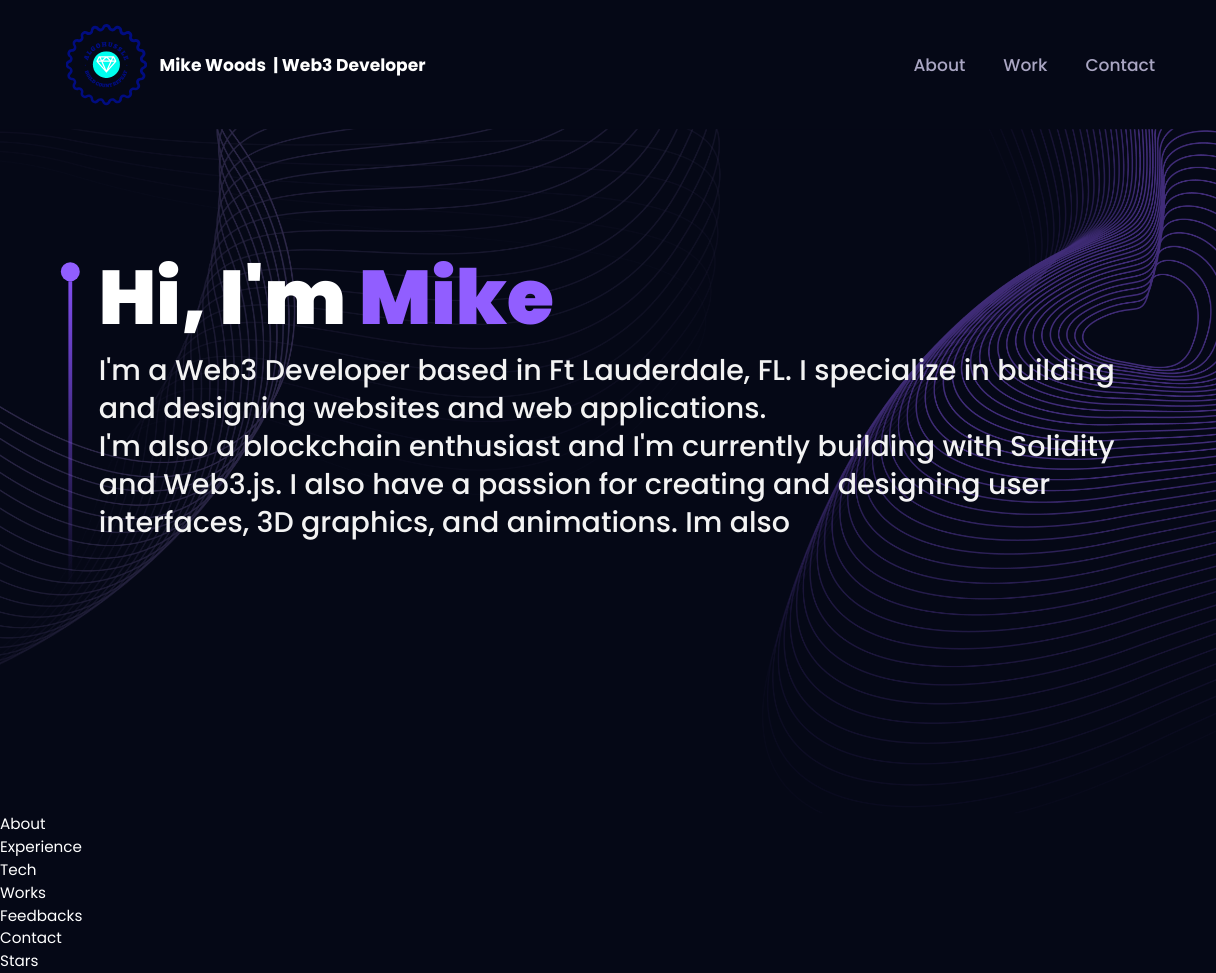
Repository: MikeeBuilds/3D-portfolio
Page: /
An editor plug-in stored every save of this project. The page is shown before and after the next save, followed by the edit.
The browser window is 1280 px wide. The pictures show the whole page, at 95% of full size.
The project was rebuilt for these pictures with package versions that can differ from the ones it lists, and the page was loaded fresh each time. Also part of the build but not shown: vite.config.js, src/components/canvas/Earth.jsx, src/components/canvas/Ball.jsx, src/components/canvas/Computers.jsx.

Above is the page before, as saved 2023-03-04 15:07:34.

After the next save:
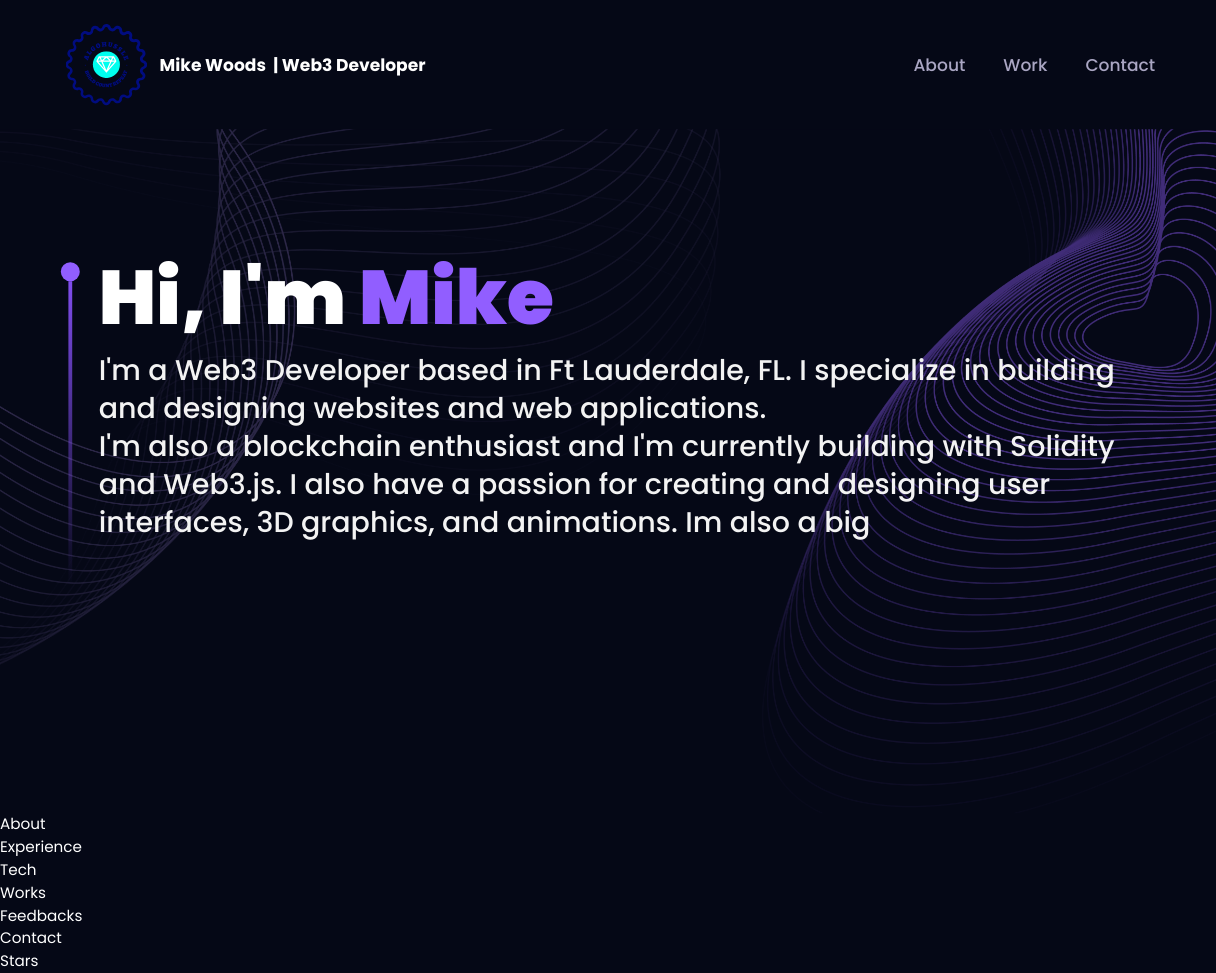
Saved 6 s later.
--- a/src/components/Hero.jsx
+++ b/src/components/Hero.jsx
@@ -21,7 +21,7 @@
                 designing websites and web applications. <br className='sm:block hidden' /> I'm also a blockchain enthusiast and
                 I'm currently building with Solidity and Web3.js. I also have a passion for
                 creating and designing user interfaces, 3D graphics, and animations.
-                Im also
+                Im also a big
             </p>
           </div>
 
